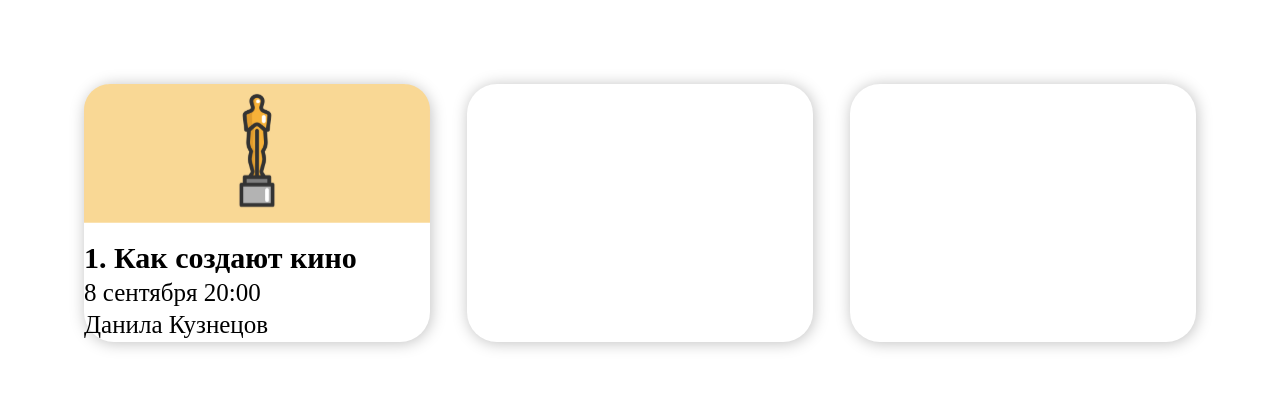
Repository: AytacSafarova/Grid-template
Page: index.html
The author's editor kept a copy of each file at every save. The page is drawn from the files as they stood at one save, then again after a run of saves.
The browser window is 1280 px wide. The pictures show the whole page.

Above is the page before, as saved 2023-05-06 18:44:28.

After the next 2 saves:
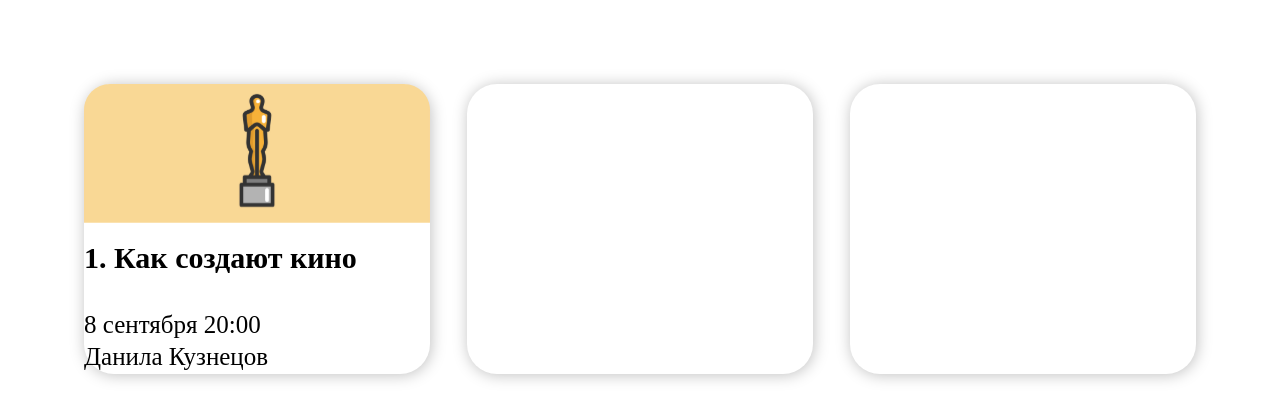
The 2 saves are shown as one change because they came seconds apart.
The last was saved 16 s later.
--- a/index.css
+++ b/index.css
@@ -35,6 +35,7 @@
 
 }
 p{
+    margin-top: 32px;
 
     width: 212px;
 
